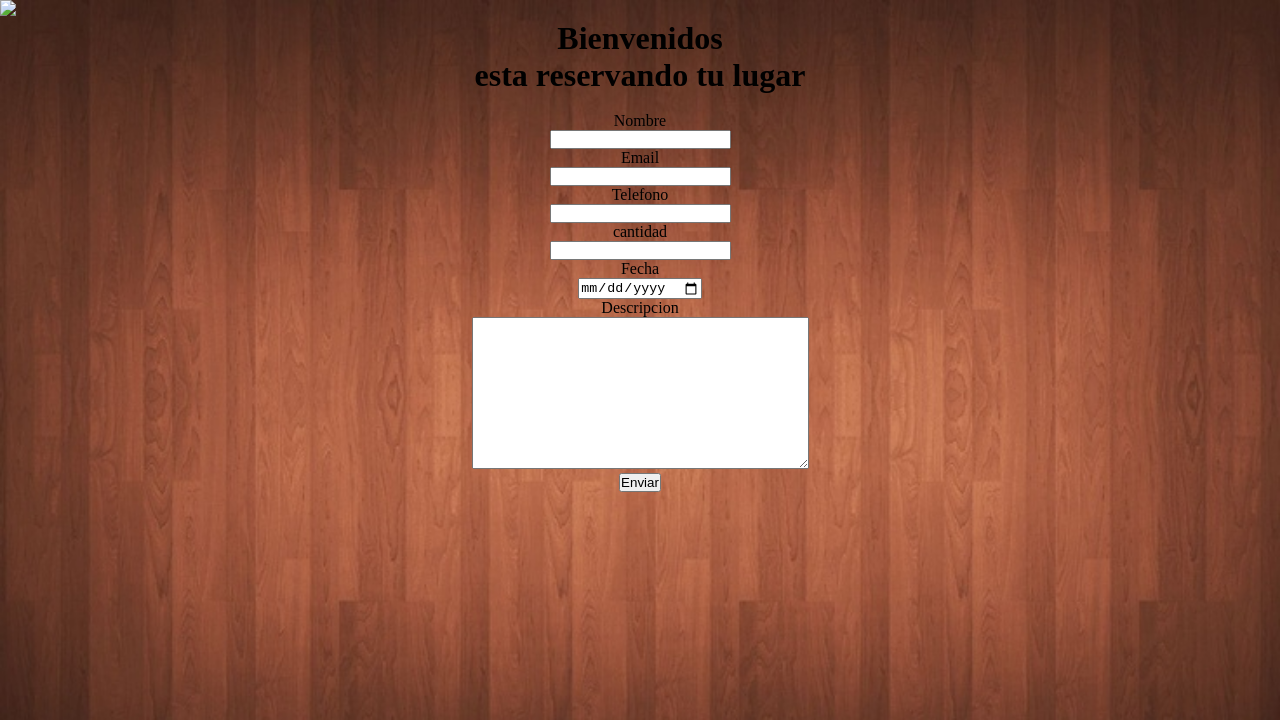
Repository: ye909/aplicacion_restaurante
Page: public/templeis/reserva.html
An editor plug-in stored every save of this project. The page is shown before and after the next save, followed by the edit.
The browser window is 1280 px wide. The pictures show the whole page.

Above is the page before, as saved 2024-10-30 22:40:09.
Not found: public/imagenes/reserva.jpg

After the next save:
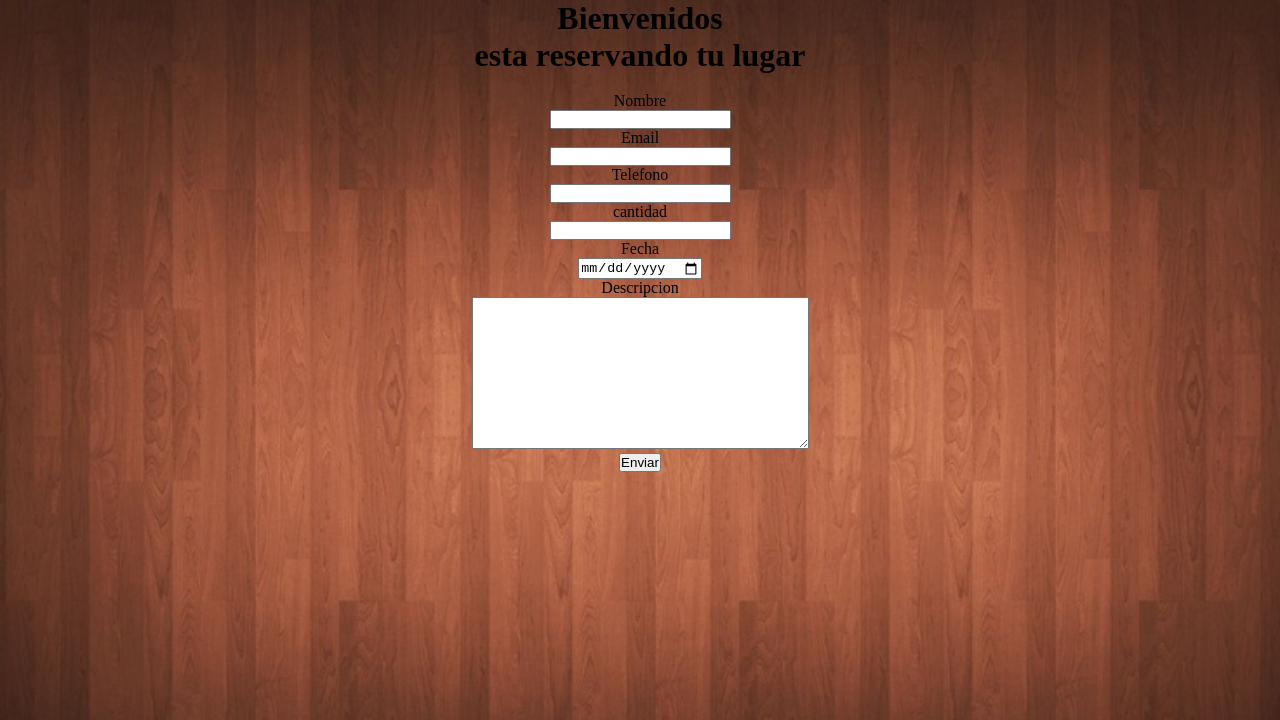
Saved 15 s later.
--- a/public/templeis/reserva.html
+++ b/public/templeis/reserva.html
@@ -12,7 +12,7 @@
 
 
     <div class="container">
-        <img src="../imagenes/reserva.jpg">
+
 
         <div class="container_rererva">
 
